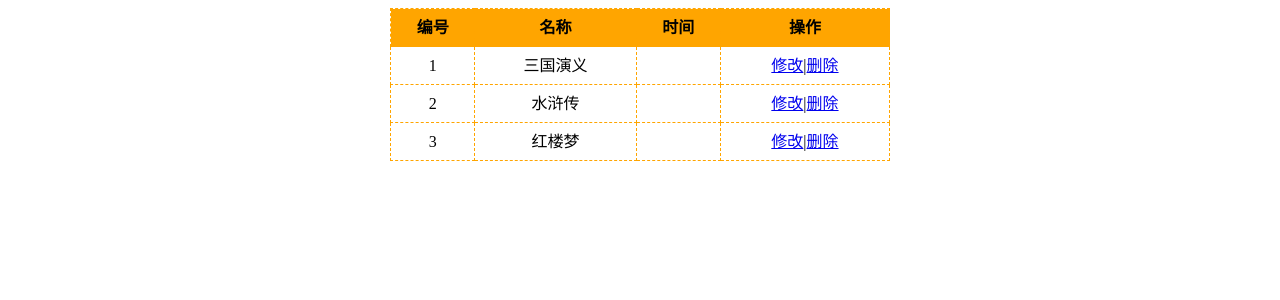
Repository: wjiawei97/FrontEndExercises
Page: 8. book_manegement/index.html
An editor plug-in stored every save of this project. The page is shown before and after the next save, followed by the edit.
The browser window is 1280 px wide. The pictures show the whole page.

Above is the page before, as saved 2021-08-22 12:18:00.

### 8. book_manegement/index.html
<!DOCTYPE html>
<html lang="en">
<head>
    <meta charset="UTF-8">
    <meta http-equiv="X-UA-Compatible" content="IE=edge">
    <meta name="viewport" content="width=device-width, initial-scale=1.0">
    <title>Document</title>
    <style>
        .grid{
            margin: 0 auto;
            width: 500px;
            text-align: center;
        }
        .grid table{
            width: 100%;
            border-collapse: collapse;
        }
        .grid th{
            background-color: orange;
        }
        .grid th,td{
            border: 1px dashed orange;
            height: 35px;
            line-height: 35px;
        }
    </style>
</head>
<body>
    <div id="app">
        <div class="grid">
            <table>
                <thead>
                    <tr>
                        <th>编号</th>
                        <th>名称</th>
                        <th>时间</th>
                        <th>操作</th>
                    </tr>
                </thead>
                <tbody>
                    <tr :key="item.id" v-for='(item,index) in list'>
                        <td>{{item.id}}</td>
                        <td>{{item.name}}</td>
                        <td>{{item.date}}</td>
                        <td><a href="#">修改</a>|<a href="#">删除</a></td>
                    </tr>
                </tbody>
            </table>
        </div>
    </div>
    <script src="https://cdn.jsdelivr.net/npm/vue@2.6.14/dist/vue.js"></script>
    <script>
        var vm=new Vue({
            el:'#app',
            data:{
                list:[{
                    id:1,
                    name:'三国演义',
                    date:''
                },{
                    id:2,
                    name:'水浒传',
                    date:''
                },{
                    id:3,
                    name:'红楼梦',
                    date:''
                }]
            }
        })
    </script>
</body>
</html>

After the next save:
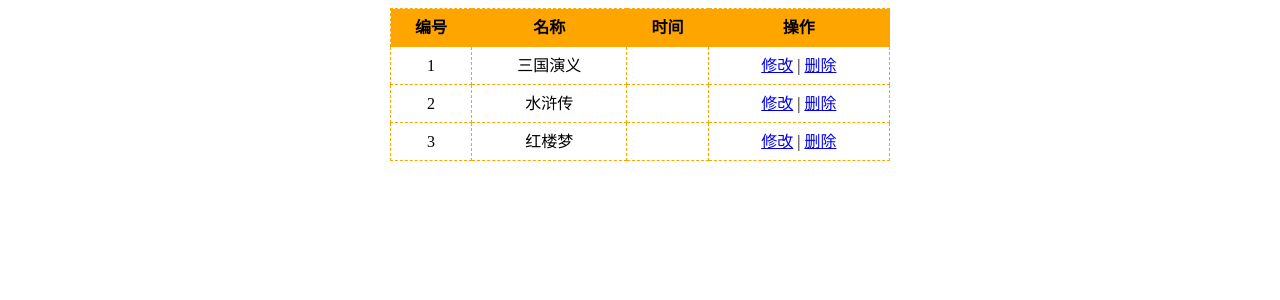
Saved 105 s later.
--- a/8. book_manegement/index.html
+++ b/8. book_manegement/index.html
@@ -42,7 +42,11 @@
                         <td>{{item.id}}</td>
                         <td>{{item.name}}</td>
                         <td>{{item.date}}</td>
-                        <td><a href="#">修改</a>|<a href="#">删除</a></td>
+                        <td>
+                            <a href="#" @click.prevent>修改</a>
+                            <span>|</span>
+                            <a href="#" @click.prevent>删除</a>
+                        </td>
                     </tr>
                 </tbody>
             </table>
